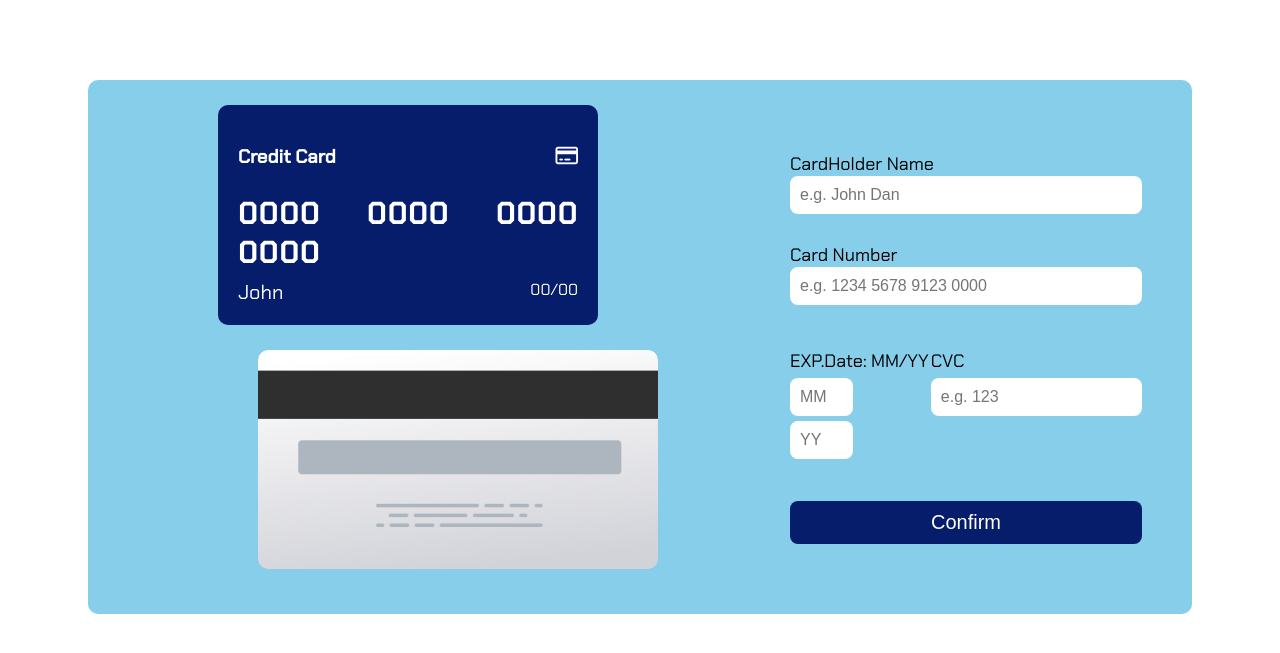
Repository: moehaymanmyint/Interactive-Card-Details-Form
Page: index.html
These files come from the project's save history. The page is drawn as it stood at one moment and after the next save; the edit follows.
The browser window is 1280 px wide. The pictures show the whole page.
Some web libraries are served in a nearby version.

Above is the page before, as saved 2024-10-18 21:43:10.

After the next save:
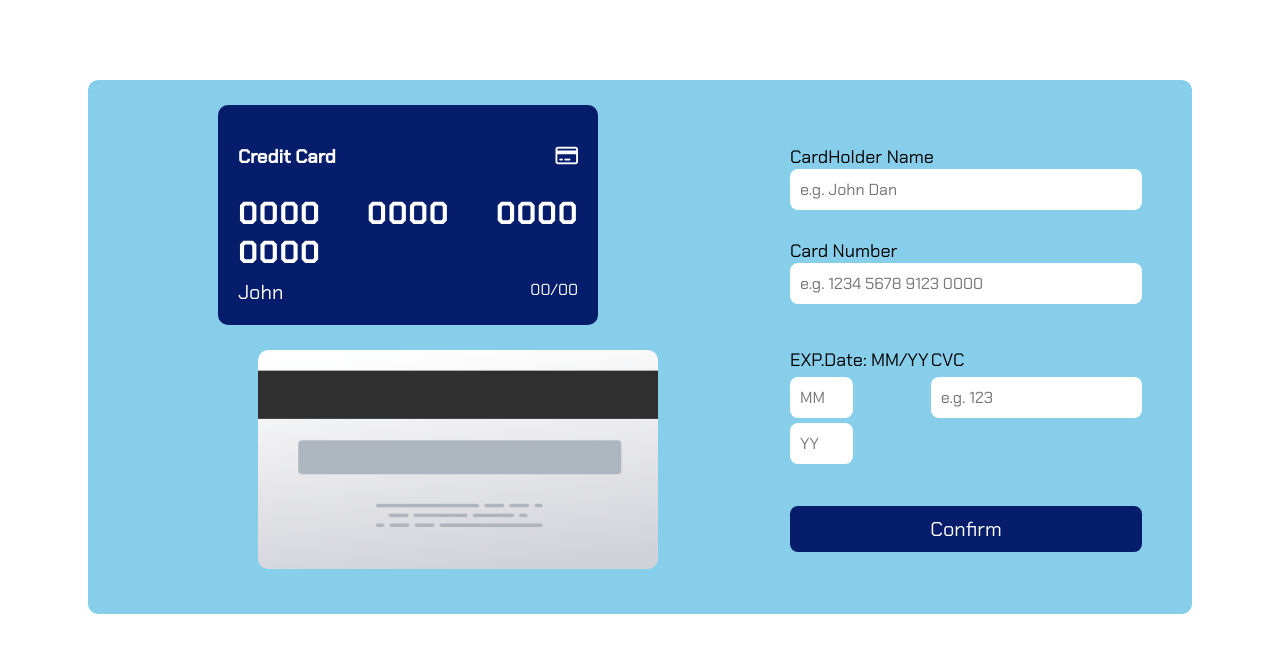
Saved 70 s later.
--- a/style.css
+++ b/style.css
@@ -116,6 +116,7 @@ label{
 input{
     transition: 0.5s;
     font-size: 16px;
+    font-family: "Chakra Petch", sans-serif;
 }
 input:focus{
     outline: none;
